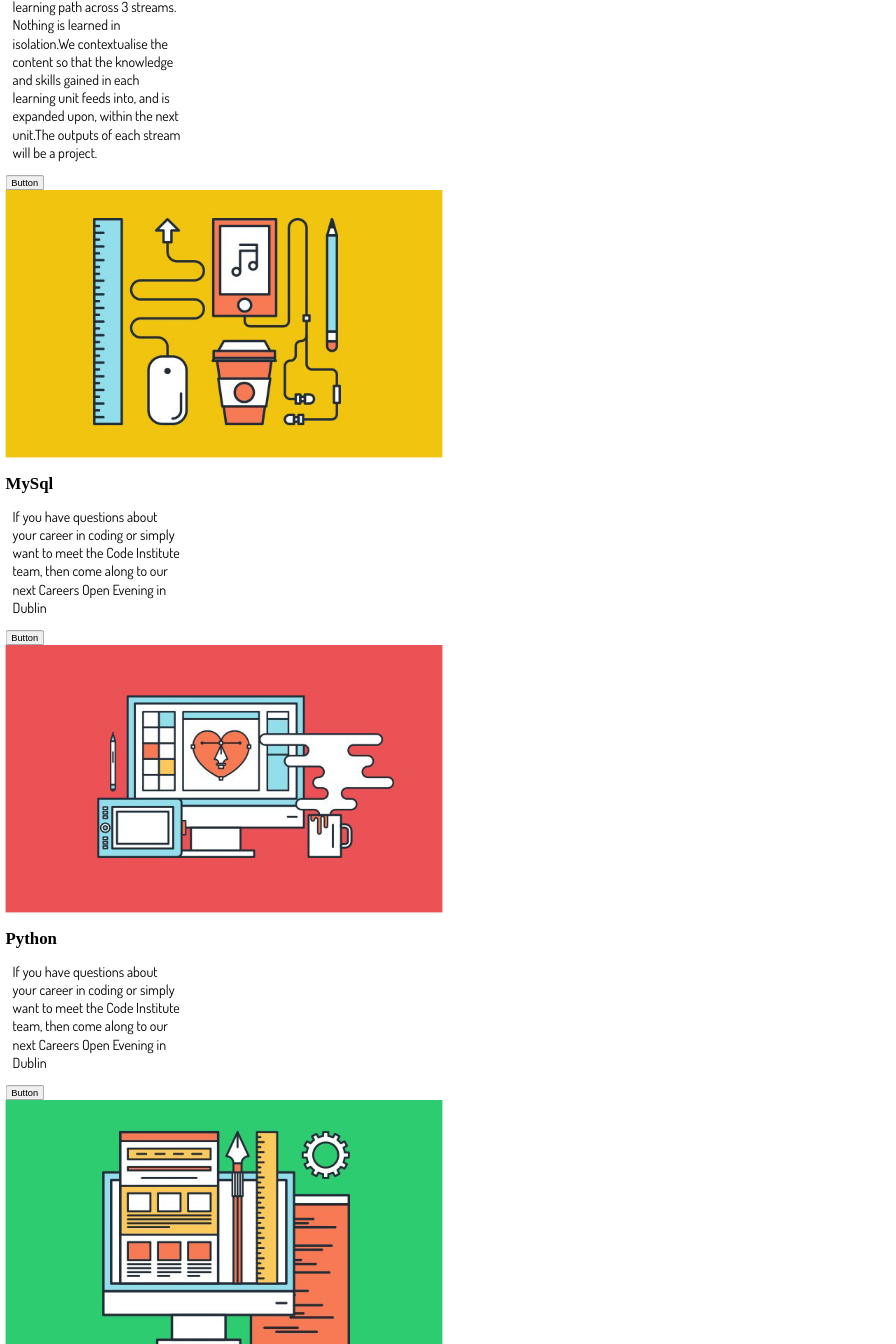
Repository: rory81/jquery
Page: Cards-jquery.html
The author's editor kept a record of every edit. The page is drawn from the files as they stood at one moment, then again after the next edit.
The browser window is 1280 px wide. The pictures show the part of the page from y = 639 to 2559 px (the page is 4537 px tall before and 4519 px after), at 70% of full size.
Some web libraries are served in a nearby version.

Above is the page before.

### Cards-jquery.html
<!DOCTYPE html>
<html lang="en">
<head>
	<meta charset="UTF-8">
	<meta name="viewport" content="width=device-width, initial-scale=1">
	<title>jQuery</title>
	<link href="style.css" rel="stylesheet">
	<link href='https://fonts.googleapis.com/css?family=Roboto' rel='stylesheet' type='text/css'>
	<link href='https://fonts.googleapis.com/css?family=Dosis' rel='stylesheet' type='text/css'>
</head>
<body>
	<div id="container">
		<nav>
			<ul>
				<li id="logoNav">CODE INSTITUTE</li>
				<li id="stream1_btn">Stream 1</li>
				<li id="stream2_btn">Stream 2</li>
				<li id="stream3_btn">Stream 3</li>
			</ul>
		</nav>
		<div class="card stream1">
			<img class="card_image" src="img/3.png" alt="coding icon">
			<div class="card_bottom">
				<h2 id=hr_html class="card_head">HTML</h2>
				<p class="card_para">Once you join a Code Institute Bootcamp you will be taken on an accelerated contextualised learning path across 3 streams. Nothing is learned in isolation.We contextualise the content so that the knowledge and skills gained in each learning unit feeds into, and is expanded upon, within the next unit.The outputs of each stream will be a project. </p>
				<button class="bottom_button">Button</button>
			</div>
		</div>
		<div class="card stream3">
			<img class="card_image" src="img/1.png" alt="coding icon">
			<h2 id=hr_mysql class="card_head">MySql</h2>
			<p class="card_para">If you have questions about your career in coding or simply want to meet the Code Institute team, then come along to our next Careers Open Evening in Dublin</p>
			<button class="bottom_button">Button</button>
		</div>

		<div class="card stream2">
			<img class="card_image" src="img/2.png" alt="coding icon">
			<h2 id=hr_python class="card_head">Python</h2>
			<p class="card_para">If you have questions about your career in coding or simply want to meet the Code Institute team, then come along to our next Careers Open Evening in Dublin</p>
			<button class="bottom_button">Button</button>
		</div>
		<div class="card stream1">
			<img class="card_image" src="img/3.png" alt="coding icon">
			<div class="card_bottom">
				<h2 id=hr_jquery class="card_head">jQuery</h2>
				<p class="card_para">Once you join a Code Institute Bootcamp you will be taken on an accelerated contextualised learning path across 3 streams. Nothing is learned in isolation.We contextualise the content so that the knowledge and skills gained in each learning unit feeds into, and is expanded upon, within the next unit.The outputs of each stream will be a project. </p>
				<button class="bottom_button">Button</button>
			</div>
		</div>
		<div class="card stream3">
			<img class="card_image" src="img/4.png" alt="coding icon">
			<h2 id=hr_django class="card_head">Django</h2>
			<p class="card_para">The syllabus has been developed to help you transform your career. The summarised syllabus, below, provides you with a snapshop of what skills you will come away with. Feel free to contact us for more detail on what you will learn.</p>
			<button class="bottom_button">Button</button>
		</div>
		<div class="card stream1">
			<img class="card_image" src="img/1.png" alt="coding icon">
			<h2 id=hr_css class="card_head">CSS</h2>
			<p class="card_para">The syllabus has been developed to help you transform your career. The summarised syllabus, below, provides you with a snapshop of what skills you will come away with. Feel free to contact us for more detail on what you will learn.</p>
			<button class="bottom_button">Button</button>
		</div>
		<div id="my_footer">
			<p id="copyright">Copyright Infomation</p>
		</div>
	</div>
	<script src="https://code.jquery.com/jquery-3.2.1.js" integrity="sha256-DZAnKJ/6XZ9si04Hgrsxu/8s717jcIzLy3oi35EouyE=" crossorigin="anonymous"></script>
	<script src="script.js"></script> <!-- Scripts located at the bottom of the body to insure page is fully loaded before execution -->

</body>
</html>

### css/style.css
.container{
  display: inline-block;
  vertical-align: top;
  font-size: 0px;
}
.theButton {
  height: 80px;
  width: 266px;
  border-radius: 8px;
  text-align: center;
  background-color: #555;
  color: #FFF;
  font-family: dosis;
  font-size: 30px;
  padding-top: 30px;
   /* display: none;*/
   border: solid 2px #fff;   /* border used to stop jump when border is applied*/
}
.superButton {
  height: 80px;
  width: 100%;
  border-radius: 8px;
  text-align: center;
  background-color: #555;
  color: #FFF;
  font-family: dosis;
  font-size: 30px;
  padding-top: 30px;
   /* display: none;*/
   border: solid 2px #fff;   /* border used to stop jump when border is applied*/
}

p{
	font-family: dosis;
	font-size: 20px;
	margin-left: 10px;
	width:240px;
}
.makeBlue{
   background-color: #81BBC9;
}
.makeBlack{
    background-color: black !important;
}

.makeBorder{
	border: solid 2px #000;
}
.makeTextBlack{
   color: #000;
}
.green{
  background-color: green;
}
.red{
  background-color: red;
}
.blue{
  background-color: blue;
}
.selected{
    background-color: #F07D00;
}

### script.js
$(document).ready(function() {


	// $("p").click(function() {
	// 	$("p").addClass('parRed');
	// });

	// $("h2").hover(function() {
	// 	$("h2").addClass('h2Blue');
	// });

	// $("h2").hover(function() {
	// 	$("h2").addClass('h2Blue');
	// });

	// $("#hr_html").hover(function() {
	// 	$("#hr_mysql").removeClass('h2_font_size');
	// 	$("#hr_python").removeClass('h2_font_size');
	// 	$("#hr_jquery").removeClass('h2_font_size');
	// 	$("#hr_django").removeClass('h2_font_size');
	// 	$("#hr_css").removeClass('h2_font_size');
	// 	$("#hr_html").addClass('h2_font_size');

	// });

	// $(".bottom_button").mouseenter(function() {
	// 	$("body").addClass('bodyBlack')
	// })

	// $(".bottom_button").mouseleave(function() {
	// 	$("body").addClass('bodyGrey')
	// })

	// $("#button_hide").click(function() {
	// 	$("#par_hide").slideToggle("slow");
	// })

	// $("#button_hide").mouseenter(function() {
	// 	$("#button_hide").fadeTo("slow", 0.5 );
	// })
	// $("#button_hide").mouseleave(function() {
	// 	$("#button_hide").fadeTo("slow", 1 );
	// })

	// $('button').mouseenter(function(){
	// 	$('button').removeClass('makeRed').addClass('makeBorder')
	// });
	// $('button').mouseleave(function(){
	// 	$('button').removeClass('makeBorder').addClass('makeRed')
	// });

	$('button').click(function() {
		$('p').slideToggle()
	});

	$('button').click(function() {
		$('p').hide().show();
	});
	$('li').click(function(){
		$('.card'.this).css('background-color','red')
	});

});

After the next edit:
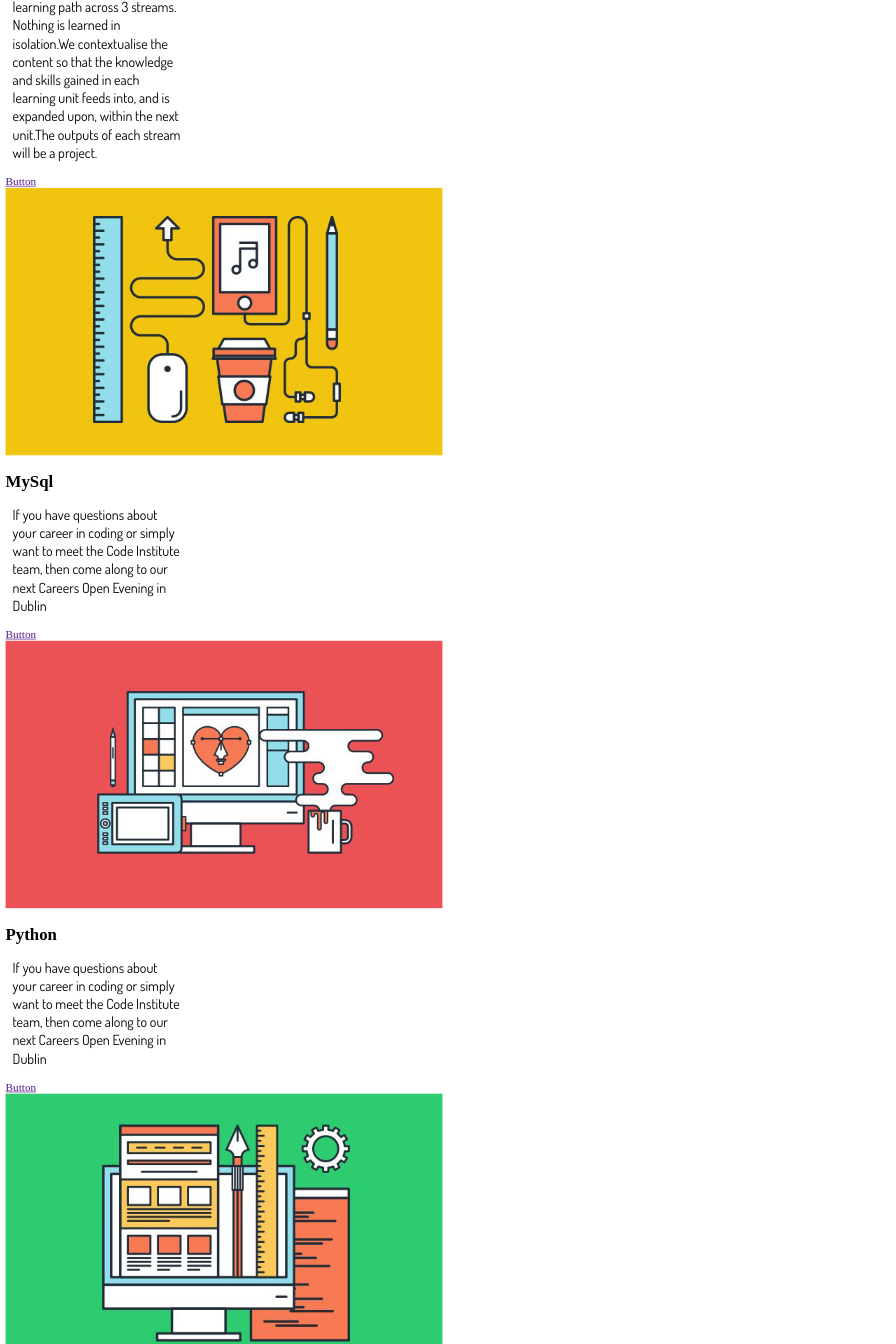
The edit:
--- a/Cards-jquery.html
+++ b/Cards-jquery.html
@@ -21,43 +21,43 @@
 		<div class="card stream1">
 			<img class="card_image" src="img/3.png" alt="coding icon">
 			<div class="card_bottom">
-				<h2 id=hr_html class="card_head">HTML</h2>
+				<h2 class="card_head">HTML</h2>
 				<p class="card_para">Once you join a Code Institute Bootcamp you will be taken on an accelerated contextualised learning path across 3 streams. Nothing is learned in isolation.We contextualise the content so that the knowledge and skills gained in each learning unit feeds into, and is expanded upon, within the next unit.The outputs of each stream will be a project. </p>
-				<button class="bottom_button">Button</button>
+				<a href="" class="bottom_button">Button</a>
 			</div>
 		</div>
 		<div class="card stream3">
 			<img class="card_image" src="img/1.png" alt="coding icon">
-			<h2 id=hr_mysql class="card_head">MySql</h2>
+			<h2 class="card_head">MySql</h2>
 			<p class="card_para">If you have questions about your career in coding or simply want to meet the Code Institute team, then come along to our next Careers Open Evening in Dublin</p>
-			<button class="bottom_button">Button</button>
+			<a href="" class="bottom_button">Button</a>
 		</div>
 
 		<div class="card stream2">
 			<img class="card_image" src="img/2.png" alt="coding icon">
-			<h2 id=hr_python class="card_head">Python</h2>
+			<h2 class="card_head">Python</h2>
 			<p class="card_para">If you have questions about your career in coding or simply want to meet the Code Institute team, then come along to our next Careers Open Evening in Dublin</p>
-			<button class="bottom_button">Button</button>
+			<a href="" class="bottom_button">Button</a>
 		</div>
 		<div class="card stream1">
 			<img class="card_image" src="img/3.png" alt="coding icon">
 			<div class="card_bottom">
-				<h2 id=hr_jquery class="card_head">jQuery</h2>
+				<h2 class="card_head">jQuery</h2>
 				<p class="card_para">Once you join a Code Institute Bootcamp you will be taken on an accelerated contextualised learning path across 3 streams. Nothing is learned in isolation.We contextualise the content so that the knowledge and skills gained in each learning unit feeds into, and is expanded upon, within the next unit.The outputs of each stream will be a project. </p>
-				<button class="bottom_button">Button</button>
+				<a href="" class="bottom_button">Button</a>
 			</div>
 		</div>
 		<div class="card stream3">
 			<img class="card_image" src="img/4.png" alt="coding icon">
-			<h2 id=hr_django class="card_head">Django</h2>
+			<h2 class="card_head">Django</h2>
 			<p class="card_para">The syllabus has been developed to help you transform your career. The summarised syllabus, below, provides you with a snapshop of what skills you will come away with. Feel free to contact us for more detail on what you will learn.</p>
-			<button class="bottom_button">Button</button>
+			<a href="" class="bottom_button">Button</a>
 		</div>
 		<div class="card stream1">
 			<img class="card_image" src="img/1.png" alt="coding icon">
-			<h2 id=hr_css class="card_head">CSS</h2>
+			<h2 class="card_head">CSS</h2>
 			<p class="card_para">The syllabus has been developed to help you transform your career. The summarised syllabus, below, provides you with a snapshop of what skills you will come away with. Feel free to contact us for more detail on what you will learn.</p>
-			<button class="bottom_button">Button</button>
+			<a href="" class="bottom_button">Button</a>
 		</div>
 		<div id="my_footer">
 			<p id="copyright">Copyright Infomation</p>
